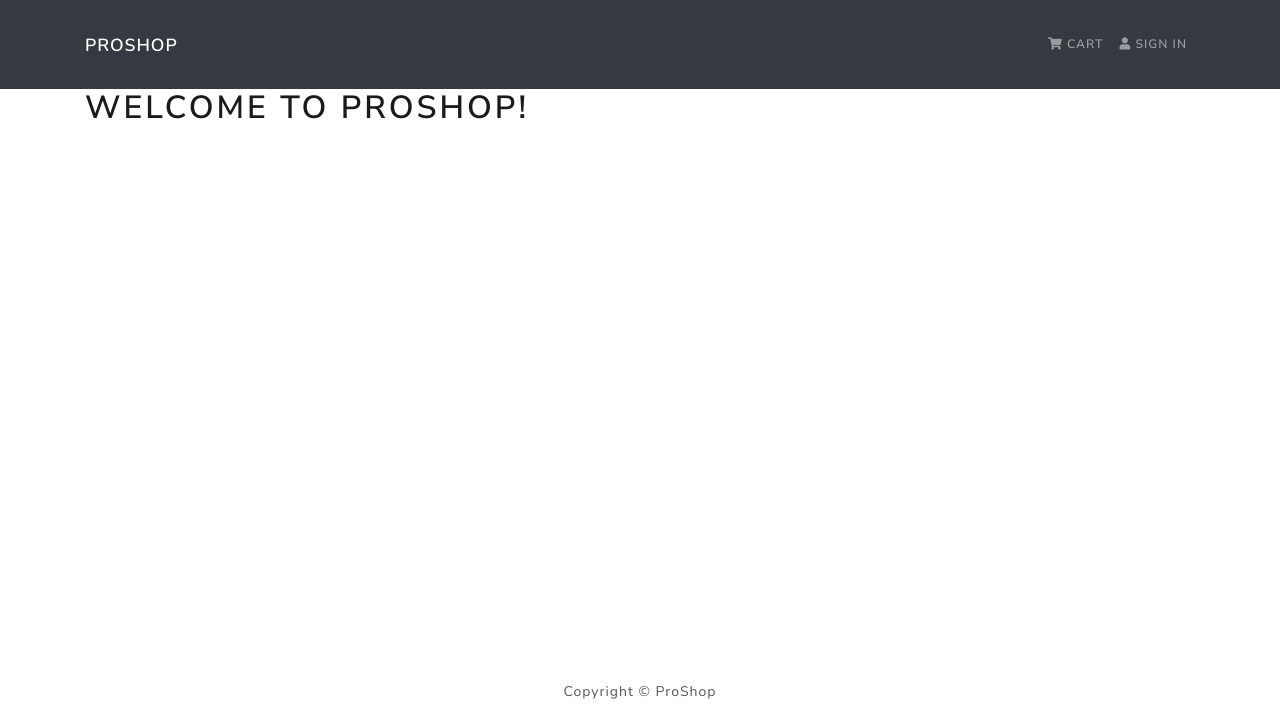
Repository: Lithium87/proshop
Page: / (app in frontend/)
An editor plug-in stored every save of this project. The page is shown before and after the next save, followed by the edit.
The browser window is 1280 px wide. The pictures show the whole page.
The project was rebuilt for these pictures with package versions that can differ from the ones it lists, and the page was loaded fresh each time.

Above is the page before, as saved 2021-09-08 22:22:06.

### frontend/public/index.html
<!DOCTYPE html>
<html lang="en">

<head>
    <meta charset="utf-8" />
    <link rel="icon" href="%PUBLIC_URL%/favicon.ico" />
    <meta name="viewport" content="width=device-width, initial-scale=1" />
    <meta name="theme-color" content="#000000" />
    <meta name="description" content="Find the best products for the cheapest prices" />
    <link rel="apple-touch-icon" href="%PUBLIC_URL%/logo192.png" />
    <link rel="manifest" href="%PUBLIC_URL%/manifest.json" />
    <link rel="stylesheet" href="https://cdnjs.cloudflare.com/ajax/libs/font-awesome/5.15.4/css/all.min.css" integrity="sha512-1ycn6IcaQQ40/MKBW2W4Rhis/DbILU74C1vSrLJxCq57o941Ym01SwNsOMqvEBFlcgUa6xLiPY/NS5R+E6ztJQ==" crossorigin="anonymous" referrerpolicy="no-referrer"
    />
    <title>Welcome to ProShop</title>
</head>

<body>
    <noscript>You need to enable JavaScript to run this app.</noscript>
    <div id="root"></div>
</body>

</html>

### frontend/src/App.js
import React from 'react';
import {Container} from 'react-bootstrap';
import Header from './components/Header';
import Footer from './components/Footer';

const App = () => {
  return (
    <>
      <Header />
      <main>
        <Container>
          <h1>Welcome to ProShop!</h1>
        </Container>
      </main>
      <Footer />
    </>
  );
}

export default App;

### frontend/src/components/Header.js
import React from 'react';
import {Navbar, Nav, Container} from 'react-bootstrap';

const Header = () => {
  return (
    <header>
      <Navbar bg="dark" variant="dark" expand="lg" collapseOnSelect>
        <Container>
          <Navbar.Brand href="/">ProShop</Navbar.Brand>
          <Navbar.Toggle aria-controls="basic-navbar-nav" />
          <Navbar.Collapse id="basic-navbar-nav">
            <Nav className="ml-auto">
              <Nav.Link href="/cart">
                <i className="fas fa-shopping-cart" /> Cart
              </Nav.Link>
              <Nav.Link href="/login">
                <i className="fas fa-user" /> Sign In
              </Nav.Link>
            </Nav>
          </Navbar.Collapse>
        </Container>
      </Navbar>
    </header>
  );
};

export default Header;

### frontend/src/components/Footer.js
import React from 'react';
import {Container, Row, Col} from 'react-bootstrap';

const Footer = () => {
    return (
        <footer>
            <Container>
                <Row>
                    <Col className='text-center py-3'>
                        Copyright &copy; ProShop
                    </Col>
                </Row>
            </Container>
        </footer>
    )
}

export default Footer

Loaded but not shown: frontend/src/index.js (common file); frontend/src/bootstrap.min.css (library); frontend/src/index.css (common file); frontend/src/reportWebVitals.js (common file)

After the next save:
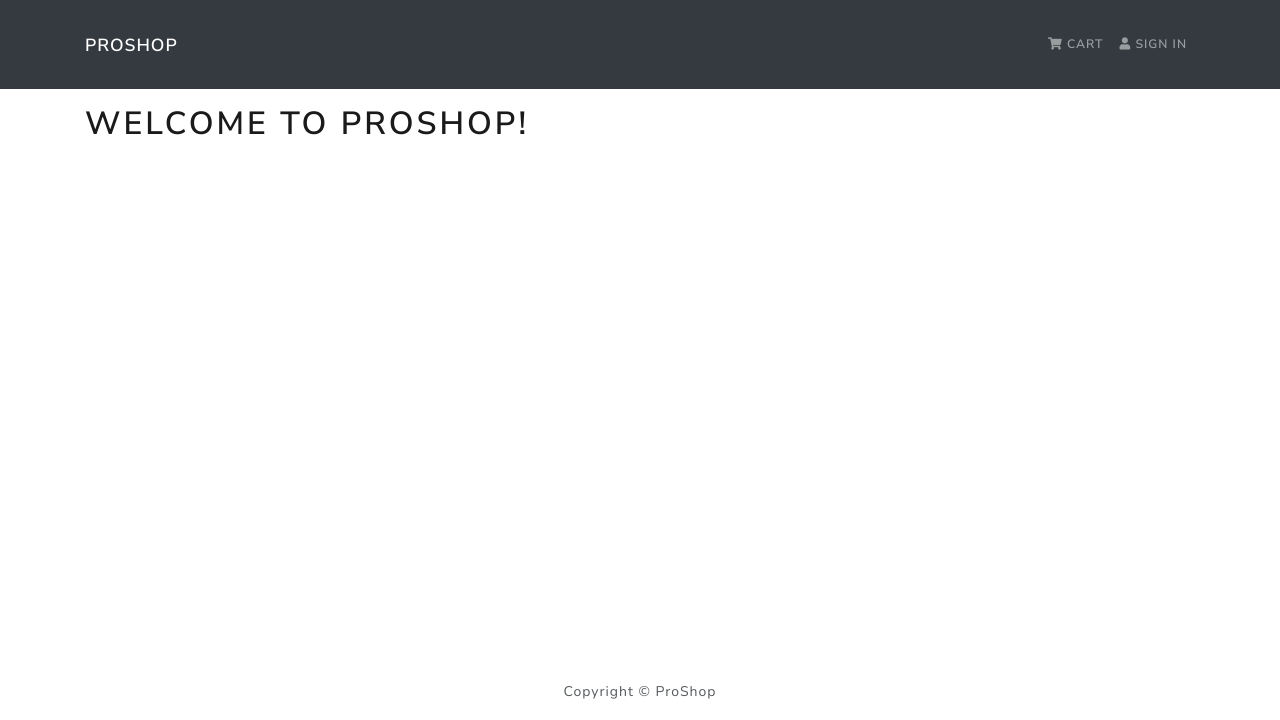
Saved 118 s later.
--- a/frontend/src/App.js
+++ b/frontend/src/App.js
@@ -7,7 +7,7 @@
   return (
     <>
       <Header />
-      <main>
+      <main className='py-3'>
         <Container>
           <h1>Welcome to ProShop!</h1>
         </Container>
